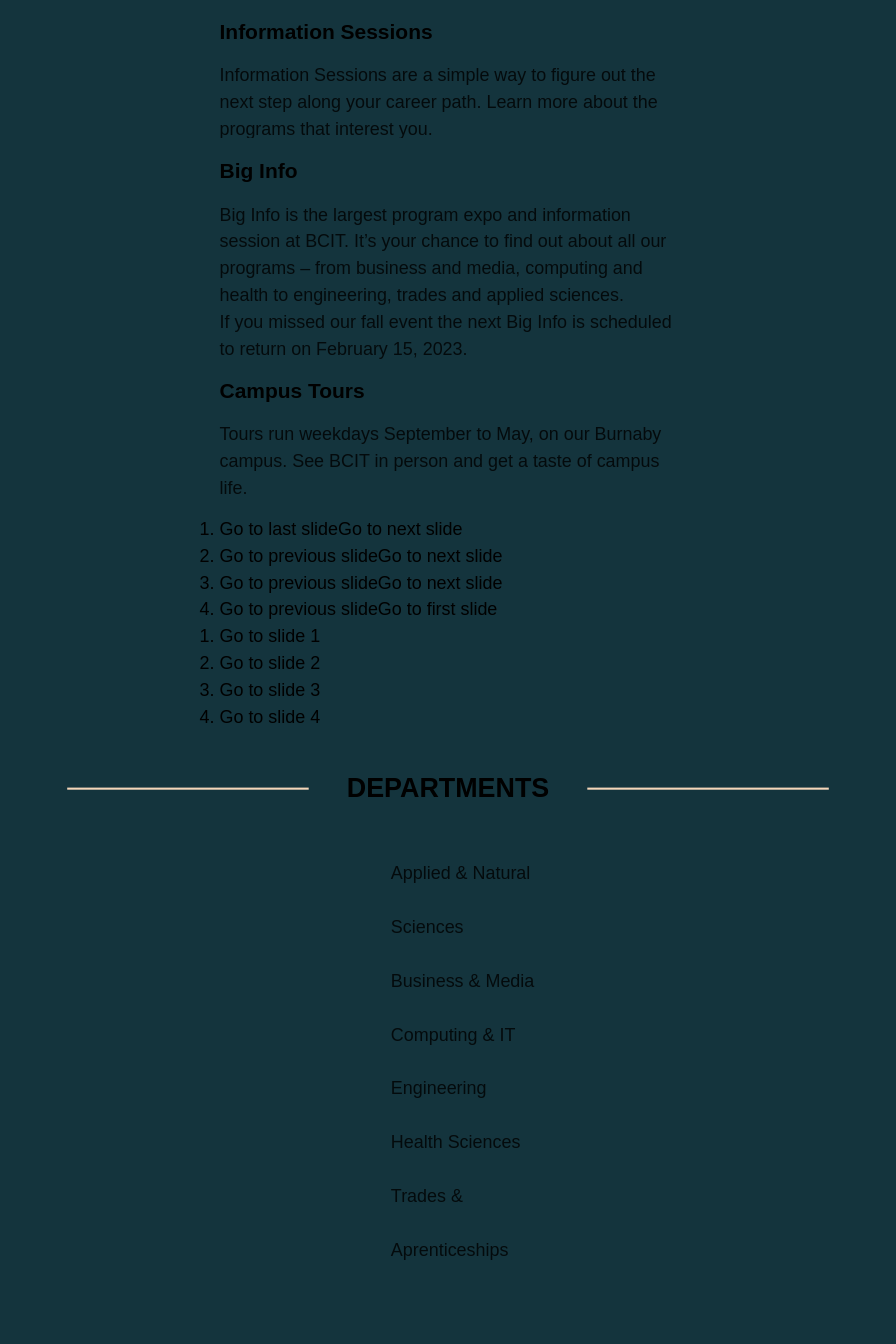
Repository: Kinakopan/playwright_bcit
Page: /about
An editor plug-in stored every save of this project. The page is shown before and after the next save, followed by the edit.
The browser window is 1280 px wide. The pictures show the part of the page from y = 713 to 2633 px (the page is 2633 px tall before and 2325 px after), at 70% of full size.
Some web fonts or font styles are not loaded; a fallback is used. The project was rebuilt for these pictures with package versions that can differ from the ones it lists, and the page was loaded fresh each time. The framework's server and built-in components were replaced by stand-ins that run in the browser. Also part of the build but not shown: next.config.js.

Above is the page before, as saved 2023-01-28 11:45:35.

### pages/_app.js
// import '@/styles/globals.css'
import '../styles/globals.css'
import '../styles/variables.css'
import Head from 'next/head'

export default function App({ Component, pageProps }) {
  return (
    <>
      <Head>
        <title>Example #1</title>
        <meta name="description" content="Generated by create next app" />
        <meta name="viewport" content="width=device-width, initial-scale=1" />
        <link href="https://fonts.googleapis.com/css2?family=Myriad+Pro:wght@100;400;700&display=swap" rel="stylesheet" />
        <link rel="icon" href="/favicon.ico" />
      </Head>
      <Component {...pageProps} />
    </>
  )
}

### pages/about.js
// export default function About() {
//   return (
//     <div>
//       <h1>About Page</h1>
//       <h1>About Page</h1>
//     </div>
//   )
// }

// import axios from 'axios'
import Link from "next/link";
import styles from "@/styles/Home.module.css";
import Arrow from "/components/arrow";
import Navbar from "/components/navbar";
import { Inter } from "@next/font/google";
import { useState, useEffect } from "react";

const inter = Inter({ subsets: ["latin"] });

export default function About() {
  return (
    <>
      <div className={styles.body_about}>
        <div className={styles.wrapper}>
          <Navbar />

          {/* Main contents under nav bar */}
          <main className={styles.main}>
            {/* About Us */}
            <h1 className={styles.text_heading1}>About Us</h1>

            <div className={styles.cont_section1}>
              <p className={styles.text_body}>
                We are proud to deliver an education that goes beyond textbooks
                and classrooms.
              </p>

              <p className={styles.text_body}>
                Our students gain the technical skills, real-world experience,
                and problem-solving ability needed to embrace complexity and
                lead innovation in a rapidly changing workforce.
              </p>

              <p className={styles.text_body}>
                Through close collaboration with industry, our network of alumni
                and partners continue to achieve global success.
              </p>

              <h3 className={styles.text_heading2}>Information Sessions</h3>

              <p className={styles.text_body}>
                Information Sessions are a simple way to figure out the next
                step along your career path. Learn more about the programs that
                interest you.
              </p>

              <h3 className={styles.text_heading2}>Big Info</h3>

              <p className={styles.text_body}>
                Big Info is the largest program expo and information session at
                BCIT. It’s your chance to find out about all our programs – from
                business and media, computing and health to engineering, trades
                and applied sciences.
                <br />
                If you missed our fall event the next Big Info is scheduled to
                return on February 15, 2023.
              </p>

              <h3 className={styles.text_heading2}>Campus Tours</h3>

              <p className={styles.text_body}>
                Tours run weekdays September to May, on our Burnaby campus. See
                BCIT in person and get a taste of campus life.
              </p>

              {/* CSS Carousel */}
              <section className={styles.carousel} aria-label="Gallery">
                <ol className={styles.carousel__viewport}>
                  <li
                    id="carousel__slide1"
                    tabindex="0"
                    className={styles.carousel__slide}
                  >
                    <div className={styles.carousel__snapper}>
                      <a href="#carousel__slide4" className={styles.carousel__prev}>
                        Go to last slide
                      </a>
                      <a href="#carousel__slide2" className={styles.carousel__next}>
                        Go to next slide
                      </a>
                    </div>
                  </li>
                  <li
                    id="carousel__slide2"
                    tabindex="0"
                    className={styles.carousel__slide}
                  >
                    <div className={styles.carousel__snapper}></div>
                    <a href="#carousel__slide1" className={styles.carousel__prev}>
                      Go to previous slide
                    </a>
                    <a href="#carousel__slide3" className={styles.carousel__next}>
                      Go to next slide
                    </a>
                  </li>
                  <li
                    id="carousel__slide3"
                    tabindex="0"
                    className={styles.carousel__slide}
                  >
                    <div className={styles.carousel__snapper}></div>
                    <a href="#carousel__slide2" className={styles.carousel__prev}>
                      Go to previous slide
                    </a>
                    <a href="#carousel__slide4" className={styles.carousel__next}>
                      Go to next slide
                    </a>
                  </li>
                  <li
                    id="carousel__slide4"
                    tabindex="0"
                    className={styles.carousel__slide}
                  >
                    <div className={styles.carousel__snapper}></div>
                    <a href="#carousel__slide3" className={styles.carousel__prev}>
                      Go to previous slide
                    </a>
                    <a href="#carousel__slide1" className={styles.carousel__next}>
                      Go to first slide
                    </a>
                  </li>
                </ol>
                <aside className={styles.carousel__navigation}>
                  <ol className={styles.carousel__navigation_list}>
                    <li className={styles.carousel__navigation_item}>
                      <a
                        href="#carousel__slide1"
                        className={styles.carousel__navigation_button}
                      >
                        Go to slide 1
                      </a>
                    </li>
                    <li className={styles.carousel__navigation_item}>
                      <a
                        href="#carousel__slide2"
                        className={styles.carousel__navigation_button}
                      >
                        Go to slide 2
                      </a>
                    </li>
                    <li className={styles.carousel__navigation_item}>
                      <a
                        href="#carousel__slide3"
                        className={styles.carousel__navigation_button}
                      >
                        Go to slide 3
                      </a>
                    </li>
                    <li className={styles.carousel__navigation_item}>
                      <a
                        href="#carousel__slide4"
                        className={styles.carousel__navigation_button}
                      >
                        Go to slide 4
                      </a>
                    </li>
                  </ol>
                </aside>
              </section>

              <div></div>
            </div>

            {/* DEPARTMENTS */}
            <h2 className={styles.text_heading1}>DEPARTMENTS</h2>

            <div className={styles.cont_section2}>
              <ul className={styles.box_list}>
                <li>Applied & Natural Sciences</li>
                <li>Business & Media</li>
                <li>Computing & IT</li>
                <li>Engineering</li>
                <li>Health Sciences</li>
                <li>Trades & Aprenticeships</li>
              </ul>
            </div>
          </main>

          <Arrow />
        </div>
      </div>
    </>
  );
}

### styles/variables.css
:root {
  --primary-color: |#fff;
  --secondary-color: #F4D6B9;
  --ternary-color: #7796A4;
  --quaternary-color: #14343D;
  --quinary-color: rgba(16,46,53,0.5);
}

### styles/Home.module.css
@import '/styles/variables.css';

.main {
  display: flex;
  flex-direction: column;
  justify-content: space-between;
  align-items: center;
  padding: 6rem;
  min-height: 100vh;
}

.description {
  display: inherit;
  justify-content: inherit;
  align-items: inherit;
  font-size: 0.85rem;
  max-width: var(--max-width);
  width: 100%;
  z-index: 2;
  font-family: var(--font-mono);
}

.description a {
  display: flex;
  justify-content: center;
  align-items: center;
  gap: 0.5rem;
}

.description p {
  position: relative;
  margin: 0;
  padding: 1rem;
  background-color: rgba(var(--callout-rgb), 0.5);
  border: 1px solid rgba(var(--callout-border-rgb), 0.3);
  border-radius: var(--border-radius);
}

.code {
  font-weight: 700;
  font-family: var(--font-mono);
}

.grid {
  display: grid;
  grid-template-columns: repeat(4, minmax(25%, auto));
  width: var(--max-width);
  max-width: 100%;
}

.card {
  padding: 1rem 1.2rem;
  border-radius: var(--border-radius);
  background: rgba(var(--card-rgb), 0);
  border: 1px solid rgba(var(--card-border-rgb), 0);
  transition: background 200ms, border 200ms;
}

.card span {
  display: inline-block;
  transition: transform 200ms;
}

.card h2 {
  font-weight: 600;
  margin-bottom: 0.7rem;
}

.card p {
  margin: 0;
  opacity: 0.6;
  font-size: 0.9rem;
  line-height: 1.5;
  max-width: 30ch;
}

.center {
  display: flex;
  justify-content: center;
  align-items: center;
  position: relative;
  padding: 4rem 0;
}

.center::before {
  background: var(--secondary-glow);
  border-radius: 50%;
  width: 480px;
  height: 360px;
  margin-left: -400px;
}

.center::after {
  background: var(--primary-glow);
  width: 240px;
  height: 180px;
  z-index: -1;
}

.center::before,
.center::after {
  content: '';
  left: 50%;
  position: absolute;
  filter: blur(45px);
  transform: translateZ(0);
}

.logo,
.thirteen {
  position: relative;
}

.thirteen {
  display: flex;
  justify-content: center;
  align-items: center;
  width: 75px;
  height: 75px;
  padding: 25px 10px;
  margin-left: 16px;
  transform: translateZ(0);
  border-radius: var(--border-radius);
  overflow: hidden;
  box-shadow: 0px 2px 8px -1px #0000001a;
}

.thirteen::before,
.thirteen::after {
  content: '';
  position: absolute;
  z-index: -1;
}

/* Conic Gradient Animation */
.thirteen::before {
  animation: 6s rotate linear infinite;
  width: 200%;
  height: 200%;
  background: var(--tile-border);
}

/* Inner Square */
.thirteen::after {
  inset: 0;
  padding: 1px;
  border-radius: var(--border-radius);
  background: linear-gradient(
    to bottom right,
    rgba(var(--tile-start-rgb), 1),
    rgba(var(--tile-end-rgb), 1)
  );
  background-clip: content-box;
}

/* Enable hover only on non-touch devices */
@media (hover: hover) and (pointer: fine) {
  .card:hover {
    background: rgba(var(--card-rgb), 0.1);
    border: 1px solid rgba(var(--card-border-rgb), 0.15);
  }

  .card:hover span {
    transform: translateX(4px);
  }
}

@media (prefers-reduced-motion) {
  .thirteen::before {
    animation: none;
  }

  .card:hover span {
    transform: none;
  }
}

/* Mobile */
@media (max-width: 700px) {
  .content {
    padding: 4rem;
  }

  .grid {
    grid-template-columns: 1fr;
    margin-bottom: 120px;
    max-width: 320px;
    text-align: center;
  }

  .card {
    padding: 1rem 2.5rem;
  }

  .card h2 {
    margin-bottom: 0.5rem;
  }

  .center {
    padding: 8rem 0 6rem;
  }

  .center::before {
    transform: none;
    height: 300px;
  }

  .description {
    font-size: 0.8rem;
  }

  .description a {
    padding: 1rem;
  }

  .description p,
  .description div {
    display: flex;
    justify-content: center;
    position: fixed;
    width: 100%;
  }

  .description p {
    align-items: center;
    inset: 0 0 auto;
    padding: 2rem 1rem 1.4rem;
    border-radius: 0;
    border: none;
    border-bottom: 1px solid rgba(var(--callout-border-rgb), 0.25);
    background: linear-gradient(
      to bottom,
      rgba(var(--background-start-rgb), 1),
      rgba(var(--callout-rgb), 0.5)
    );
    background-clip: padding-box;
    backdrop-filter: blur(24px);
  }

  .description div {
    align-items: flex-end;
    pointer-events: none;
    inset: auto 0 0;
    padding: 2rem;
    height: 200px;
    background: linear-gradient(
      to bottom,
      transparent 0%,
      rgb(var(--background-end-rgb)) 40%
    );
    z-index: 1;
  }
}

/* Tablet and Smaller Desktop */
@media (min-width: 701px) and (max-width: 1120px) {
  .grid {
    grid-template-columns: repeat(2, 50%);
  }
}

@media (prefers-color-scheme: dark) {
  .vercelLogo {
    filter: invert(1);
  }

  .logo,
  .thirteen img {
    filter: invert(1) drop-shadow(0 0 0.3rem #ffffff70);
  }
}

@keyframes rotate {
  from {
    transform: rotate(360deg);
  }
  to {
    transform: rotate(0deg);
  }
}



/*****************************
******************************
            AUTHOR
******************************
*****************************/

/*============================
    From here - Common Style
============================*/
/* From here - components/navbar.js */
.nav {
  display: flex;
  flex-direction: row;
  justify-content: space-between;
  width: 100%;
  padding: 3% 8% 0 8%;
}

.burgar,
.hat {
  width: fit-content;
}

/* From here - components/arrow.js */
.arrowBox {
  flex: 1;
  display: flex;
  flex-direction: column;
  justify-content: space-between;
  align-items: flex-end;
  position: fixed;
  width: fit-content;
  height: 12%;
  right: 8%;
  bottom: 10%;
}

.arrowBox * {
  background: transparent;
  border: none;
}

/* From here - general */
.body_home,
.body_about,
.body_contact,
.wrapper {
  display: flex;
  flex-direction: column;
  width: 100vw;
}

.body_home,
.body_about,
.body_contact {
  /* font-size: 62.5%; */
  background-size: cover;
  background-position: center;
  background-repeat: no-repeat;
  line-height: 1.5;
  font-family: 'Myriad Pro', sans-serif;
  font-weight: 100;
  text-align: left;
}

.wrapper {
  font-size: 1.6rem;
  background-size: cover;
}

.main {
  display: flex;
  width: 100%;
}

/* .text_heading_h1 {

}

.text_heading_h2 {

} */
/*============================
    From here - Home Page
============================*/
.body_home {
  height: 100vh;
  overflow: hidden;
}

.body_home .main {
  flex-direction: row;
  justify-content: flex-start;
  align-items: flex-end;
  padding: 0 0 12% 21%;
}

.body_home .cont_main {
  display: flex;
  flex-direction: column;
  width: 48%;
}

.body_home .cont_main * {
  color: var(--primary-color);
}

.body_home .text_heading1 {
  font-family: 'Myriad Pro', sans-serif;
  /* font-size: 3.6rem; */
  font-size: 220%;
  line-height: 1.3;
  padding-bottom: 3%;
  margin-bottom: 3%;
  border-bottom: 4px solid;
  border-image: linear-gradient(to right, rgba(244,214,185,1) 0%, rgba(244,214,185,1) 69%, rgba(244,214,185,0) 69%, rgba(244,214,185,0) 100%) 1;
}

.body_home .text_body,
.body_home .box_btn * {
  opacity: .9;
}

.body_home .box_btn {
  display: flex;
  flex-direction: row;
}

.body_home .box_btn * {
  font-size: 1.4rem;
  background: transparent;
  padding: .3% 3%;
  border: 3px solid;
  border-color: var(--primary-color);
  border-radius: 10px;
  margin: 3% 2.5% 0 0;
}

.body_home .btn_about:hover {
  color: transparent;
  background: white;
}

/*============================
    From here - About Page
============================*/
.body_about {
  background: var(--quaternary-color);
}

/* .body_about .main {

} */

.body_about .text_heading1 {
  display: flex;
  align-items: center;
  width: 100%;
  padding: 5% 0;
}

.body_about .text_heading1:before,
.body_about .text_heading1:after {
  content: "";
  height: 3px;
  flex-grow: 1;
  background: var(--secondary-color);
}

.body_about .text_heading1:before {
  margin-right: 5%;
}

.body_about .text_heading1:after {
  margin-left: 5%;
}

.body_about .cont_section1,
.body_about .cont_section2 {
  display: flex;
  flex-direction: column;
  justify-content: flex-start;
  width: 60%;
}
.body_about .cont_section2 {
  width: 25%;
  padding-left: 5%;
}

.body_about .text_heading2,
.body_about .text_body {
  margin-bottom: 3%;
}

.body_about .text_heading2 {
  justify-content: flex-start;
}

.body_about .text_body,
.body_about .box_list *  {
  opacity: .8;
}

.body_about .box_list * {
  list-style: none;
  line-height: 3;
}

/* Carousel */



/* Carousel */
/* @keyframes tonext {
  75% {
    left: 0;
  }
  95% {
    left: 100%;
  }
  98% {
    left: 100%;
  }
  99% {
    left: 0;
  }
}

@keyframes tostart {
  75% {
    left: 0;
  }
  95% {
    left: -300%;
  }
  98% {
    left: -300%;
  }
  99% {
    left: 0;
  }
}

@keyframes snap {
  96% {
    scroll-snap-align: center;
  }
  97% {
    scroll-snap-align: none;
  }
  99% {
    scroll-snap-align: none;
  }
  100% {
    scroll-snap-align: center;
  }
}

.main {
  max-width: 37.5rem;
  margin: 0 auto;
  padding: 0 1.25rem;
  font-family: 'Lato', sans-serif;
}

.main * {
  box-sizing: border-box;
  scrollbar-color: transparent transparent;
  scrollbar-width: 0px;
}

.main *::-webkit-scrollbar {
  width: 0;
}

.main *::-webkit-scrollbar-track {
  background: transparent;
}

.main *::-webkit-scrollbar-thumb {
  background: transparent;
  border: none;
}

.main * {
  -ms-overflow-style: none;
}


.carousel__viewport,
.carousel__navigation_list,
.carousel__slide,
.carousel__navigation_item {
  list-style: none;
  margin: 0;
  padding: 0;
}

.carousel {
  position: relative;
  padding-top: 75%;
  filter: drop-shadow(0 0 10px #0003);
  perspective: 100px;
}

.carousel__viewport {
  position: absolute;
  top: 0;
  right: 0;
  bottom: 0;
  left: 0;
  display: flex;
  overflow-x: scroll;
  counter-reset: item;
  scroll-behavior: smooth;
  scroll-snap-type: x mandatory;
}

.carousel__slide {
  position: relative;
  flex: 0 0 100%;
  width: 100%;
  background-color: #f99;
  counter-increment: item;
}

.carousel__slide:nth-child(even) {
  background-color: #99f;
}

.carousel__slide:before {
  content: counter(item);
  position: absolute;
  top: 50%;
  left: 50%;
  transform: translate3d(-50%,-40%,70px);
  color: #fff;
  font-size: 2em;
}

.carousel__snapper {
  position: absolute;
  top: 0;
  left: 0;
  width: 100%;
  height: 100%;
  scroll-snap-align: center;
}

@media (hover: hover) {
  .carousel__snapper {
    animation-name: tonext, snap;
    animation-timing-function: ease;
    animation-duration: 4s;
    animation-iteration-count: infinite;
  }

  .carousel__slide:last-child .carousel__snapper {
    animation-name: tostart, snap;
  }
}

@media (prefers-reduced-motion: reduce) {
  .carousel__snapper {
    animation-name: none;
  }
}

.carousel:hover .carousel__snapper,
.carousel:focus-within .carousel__snapper {
  animation-name: none;
}

.carousel__navigation {
  position: absolute;
  right: 0;
  bottom: 0;
  left: 0;
  text-align: center;
}

.carousel__navigation_list,
.carousel__navigation_item {
  display: inline-block;
}

.carousel__navigation-button {
  display: inline-block;
  width: 1.5rem;
  height: 1.5rem;
  background-color: #333;
  background-clip: content-box;
  border: 0.25rem solid transparent;
  border-radius: 50%;
  font-size: 0;
  transition: transform 0.1s;
}

.carousel::before,
.carousel::after,
.carousel__prev,
.carousel__next {
  position: absolute;
  top: 0;
  margin-top: 37.5%;
  width: 4rem;
  height: 4rem;
  transform: translateY(-50%);
  border-radius: 50%;
  font-size: 0;
  outline: 0;
}

.carousel::before,
.carousel__prev {
  left: -1rem;
}

.carousel::after,
.carousel__next {
  right: -1rem;
}

.carousel::before,
.carousel::after {
  content: '';
  z-index: 1;
  background-color: #333;
  background-size: 1.5rem 1.5rem;
  background-repeat: no-repeat;
  background-position: center center;
  color: #fff;
  font-size: 2.5rem;
  line-height: 4rem;
  text-align: center;
  pointer-events: none;
}

.carousel::before {
  background-image: url("data:[embedded picture, 149 characters]");
}

.carousel::after {
  background-image: url("data:[embedded picture, 151 characters]");
} */


/*============================
    From here - Contact Page
============================*/

### components/arrow.js
import Image from 'next/image';
import styles from '@/styles/Home.module.css';

export default function Arrow() {
  return (
    <div className={styles.arrowBox}>
      <button
        className={styles.arrowDown}
        onClick={() => setUpArrowClicked(true)}
      >
        <Image
          src='/icons/upwardArrow.png'
          alt="Upward arrow icon"
          width={50}
          height={50}
        />
      </button>

      <button
        className={styles.arrowDown}
        onClick={() => setDownArrowClicked(true)}
      >
        <Image
          src='/icons/downwardArrow.png'
          alt="Downward arrow icon"
          width={50}
          height={50}
        />
      </button>
    </div>
  )
}

### components/navbar.js
import Image from 'next/image';
import styles from '@/styles/Home.module.css';

export default function Navbar() {
  return (
    <nav className={styles.nav}>
      <Image
        className={styles.burgar}
        src='/icons/menu-icon.png'
        alt="menu icon"
        width={50}
        height={50}
      />
      <Image
        className={styles.hat}
        src='/icons/graduation-hat.png'
        alt="Graduation hat icon"
        width={50}
        height={50}
      />
    </nav>
  )
}

Loaded but not shown: pages/_document.js (common file); styles/globals.css (common file)

After the next save:
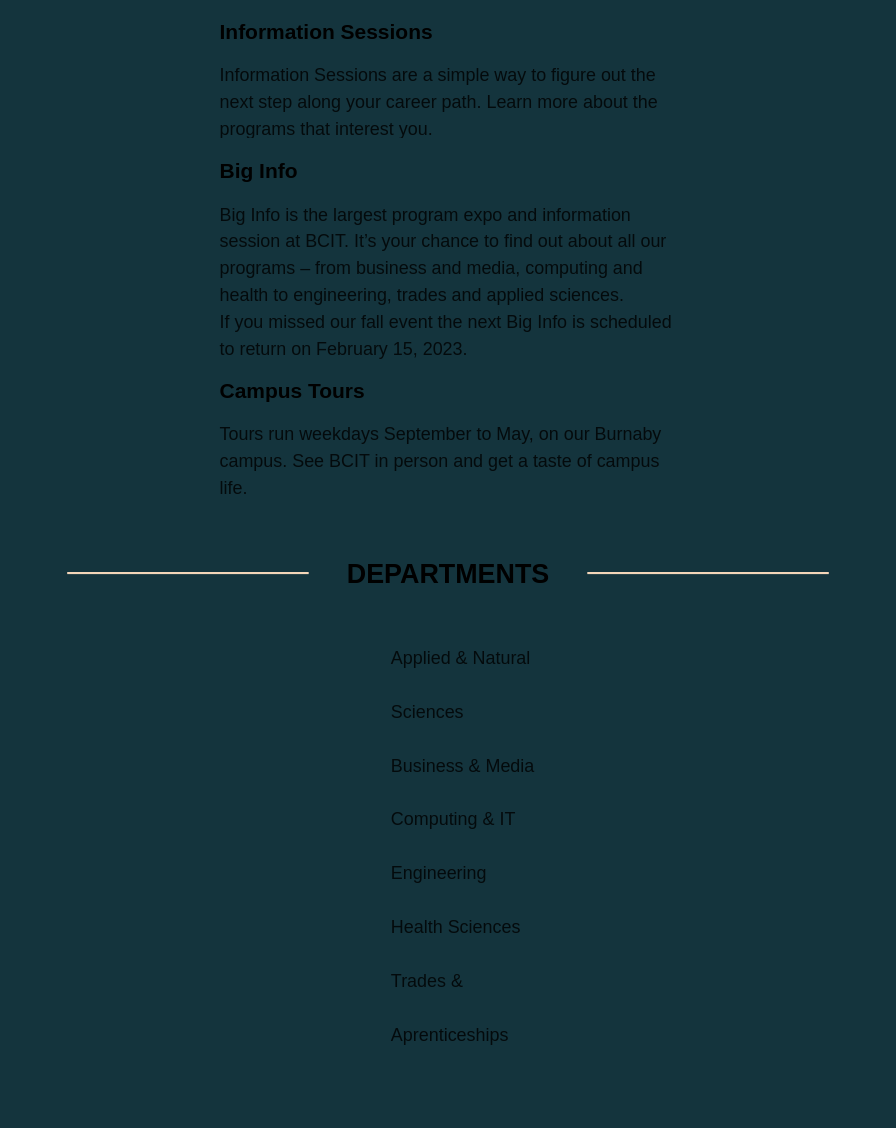
Saved 108 s later.
--- a/pages/about.js
+++ b/pages/about.js
@@ -17,6 +17,27 @@
 
 const inter = Inter({ subsets: ["latin"] });
 
+const ImageCarousel = () => {
+  const [currentSlide, setCurrentSlide] = useState(0)
+  const images = [
+    '/path/to/image1.jpg',
+    '/path/to/image2.jpg',
+    '/path/to/image3.jpg'
+  ]
+
+  return (
+    <div className="image-carousel">
+      {images.map((image, index) => (
+        <div
+          key={index}
+          className={`slide ${currentSlide === index ? 'active' : ''}`}
+          style={{ backgroundImage: `url(${image})` }}
+        />
+      ))}
+    </div>
+  )
+}
+
 export default function About() {
   return (
     <>
@@ -73,8 +94,21 @@
                 BCIT in person and get a taste of campus life.
               </p>
 
+              {/* JS Carousel */}
+
+
+
+
+
+
+
+
+
+
+
+
               {/* CSS Carousel */}
-              <section className={styles.carousel} aria-label="Gallery">
+              {/* <section className={styles.carousel} aria-label="Gallery">
                 <ol className={styles.carousel__viewport}>
                   <li
                     id="carousel__slide1"
@@ -166,7 +200,7 @@
                     </li>
                   </ol>
                 </aside>
-              </section>
+              </section> */}
 
               <div></div>
             </div>
